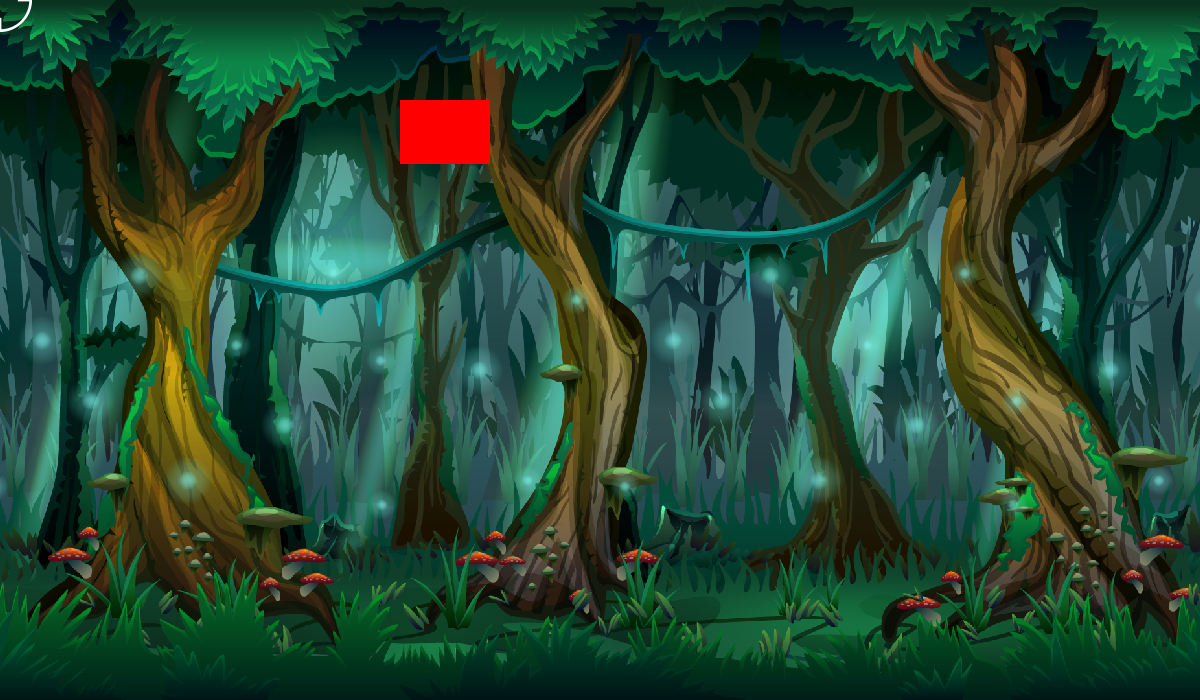
Repository: mys-pro/demo_shooting_bird_vision
Script's output: python main.py
An editor plug-in stored every save of this project. The script's output is shown before and after a run of saves, followed by the edit.
The window is shown after at most 60 frames with no key pressed. Random numbers start from a fixed seed. It also reads assets/images/backgrounds/Cartoon_Forest_BG_01.png, assets/images/backgrounds/Cartoon_Forest_BG_02.png, assets/images/backgrounds/Cartoon_Forest_BG_03.png, assets/images/backgrounds/Cartoon_Forest_BG_04.png, assets/images/birds/bird1/b-1.png, assets/images/birds/bird1/b-2.png, assets/images/birds/bird1/b-3.png, assets/images/birds/bird1/b-4.png, assets/images/icon.png, assets/images/viewfinder.png.

Above is the script's output before, as saved 2024-06-16 18:06:41.

### main.py
import pygame
import os
import random
import sys

# Khởi tạo pygame
pygame.init()
pygame.display.set_caption("Shooting Bird")
icon = pygame.image.load('assets/images/icon.png')
pygame.display.set_icon(icon)

SCREEN_WIDTH, SCREEN_HEIGHT = 1200, 700
FPS = 60
SCREEN = pygame.display.set_mode((SCREEN_WIDTH, SCREEN_HEIGHT))

# Xử lý ống ngắm
class viewFinder:
    def __init__ (self):
        pygame.event.set_grab(True)
        pygame.mouse.set_visible(False)
        self.image = pygame.image.load('assets/images/viewfinder.png').convert_alpha()
        self.image_copy = self.image.copy()
        self.image_smaller = pygame.transform.scale(self.image_copy, (self.image_copy.get_width() // 2, self.image_copy.get_height() // 2))
        self.rect = self.image_smaller.get_rect()
        self.rect.center = (SCREEN_WIDTH // 2, SCREEN_HEIGHT // 2)

    def follow_mouse(self):
        self.rect.center = pygame.mouse.get_pos()

    def draw(self, screen):
        screen.blit(self.image, self.image.get_rect(center=self.rect.center).topleft)

# Khởi tạo con chim
class birds:
    def __init__(self, x, y, folder_name, speed, frame_rate):
        self.images = []
        folder_path = os.path.join('assets/images/birds', folder_name)
        for file_name in os.listdir(folder_path):
            full_path = os.path.join(folder_path, file_name)
            if os.path.isfile(full_path):
                self.images.append(pygame.image.load(full_path).convert_alpha())

        self.index = 0
        self.image = self.images[self.index]
        self.rect = self.image.get_rect()
        self.rect.x = x
        self.rect.y = y
        self.speed = speed
        self.frame_rate = frame_rate
        self.frame_rate_count = 0

    def update(self):
        self.frame_rate_count += 1

        if self.frame_rate_count >= self.frame_rate:
            self.index += 1
            self.frame_rate_count = 0

        if self.index >= len(self.images) - 1:
            self.index = 0
        self.image = self.images[self.index]

        self.rect.x += self.speed
        if self.rect.x >= SCREEN_WIDTH:
            self.rect.x = 0

    def draw(self, screen):
        screen.blit(self.image, self.rect)
        screen.blit(self.image, self.rect.topleft)
    def draw_rect(self, screen):
        pygame.draw.rect(screen, (255, 0, 0), self.rect, 0)  # Vẽ hình chữ nhật màu đỏ với độ dày 2 pixel

# Lấy background ngẫu nhiên
def get_background(folder_path, SCREEN_WIDTH, SCREEN_HEIGHT):
    backgrounds = []
    for file_name in os.listdir(folder_path):
        full_path = os.path.join(folder_path, file_name)
        if os.path.isfile(full_path):
             backgrounds.append(pygame.image.load(full_path).convert())

    bg = random.choice(backgrounds)
    bg_width, bg_height = bg.get_size()
    scale_factor = max(SCREEN_WIDTH / bg_width, SCREEN_HEIGHT / bg_height)

    new_width = int(bg_width * scale_factor)
    new_height = int(bg_height * scale_factor)
    bg = pygame.transform.scale(bg, (new_width, new_height))

    bg_x = (SCREEN_WIDTH - new_width) // 2
    bg_y = (SCREEN_HEIGHT - new_height) // 2
    return bg, bg_x, bg_y

explosion_group = pygame.sprite.Group()

# Vẽ hình ảnh
def draw(SCREEN, background, view_finder, bird):
    bg, bg_x, bg_y = background
    SCREEN.blit(bg, (bg_x, bg_y))

    bird.update()
    bird.draw(SCREEN)
    bird.draw_rect(SCREEN)

    view_finder.follow_mouse()
    view_finder.draw(SCREEN)
    pygame.display.update()

def main(SCREEN):
    background = get_background('assets/images/backgrounds/', SCREEN_WIDTH, SCREEN_HEIGHT) # Gọi hàm get_background
    view_finder = viewFinder()
    bird = birds(100, 100, 'bird1', 5, 8)
    running = True
    while running:
        for event in pygame.event.get():
            if event.type == pygame.QUIT or (event.type == pygame.KEYDOWN and event.key == pygame.K_ESCAPE):
                running = False

        draw(SCREEN, background, view_finder, bird)
        pygame.time.Clock().tick(FPS)
    pygame.quit()

if __name__ == "__main__":
    main(SCREEN)

After the next 3 saves:
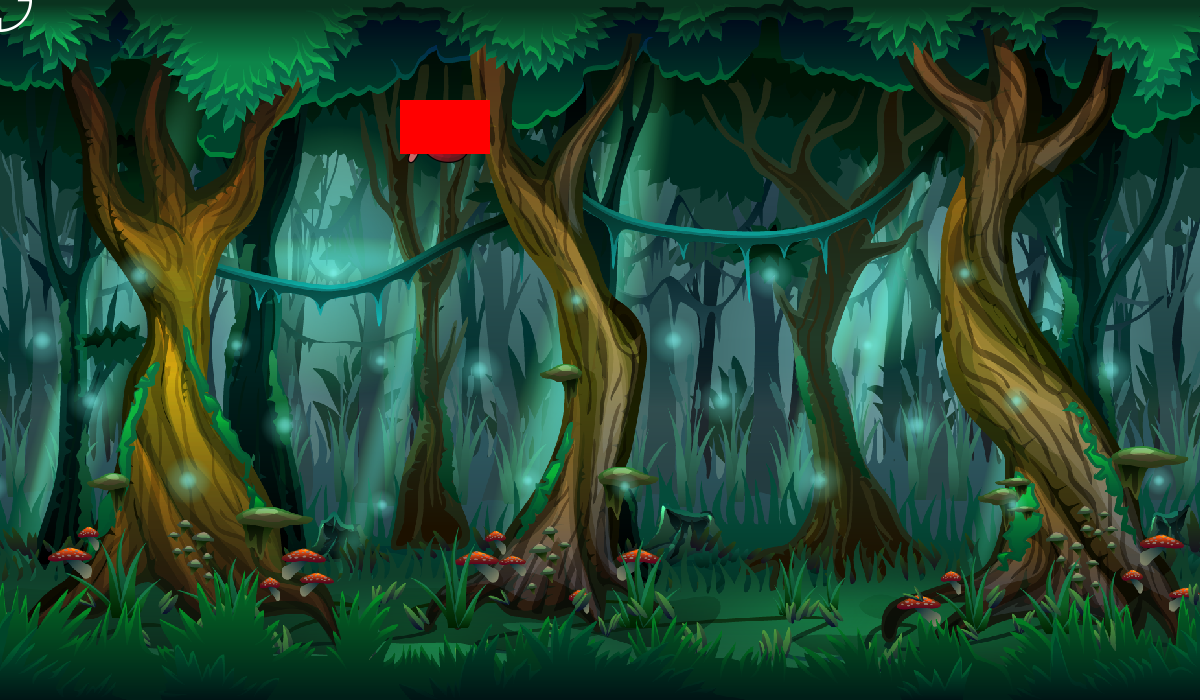
The 3 saves are shown as one change because 1 did not build or start and some came seconds apart.
The last was saved 48 s later.
--- a/main.py
+++ b/main.py
@@ -42,7 +42,10 @@ class birds:
 
         self.index = 0
         self.image = self.images[self.index]
-        self.rect = self.image.get_rect()
+        self.image_copy = self.image.copy()
+        self.image_smaller = pygame.transform.scale(self.image_copy, (self.image_copy.get_width(), self.image_copy.get_height() - 10))
+        self.rect = self.image_smaller.get_rect()
+        self.rect.center = (SCREEN_WIDTH // 2, SCREEN_HEIGHT // 2)
         self.rect.x = x
         self.rect.y = y
         self.speed = speed
@@ -66,7 +69,7 @@ class birds:
 
     def draw(self, screen):
         screen.blit(self.image, self.rect)
-        screen.blit(self.image, self.rect.topleft)
+        screen.blit(self.image_smaller, self.rect.topleft)
     def draw_rect(self, screen):
         pygame.draw.rect(screen, (255, 0, 0), self.rect, 0)  # Vẽ hình chữ nhật màu đỏ với độ dày 2 pixel
 
